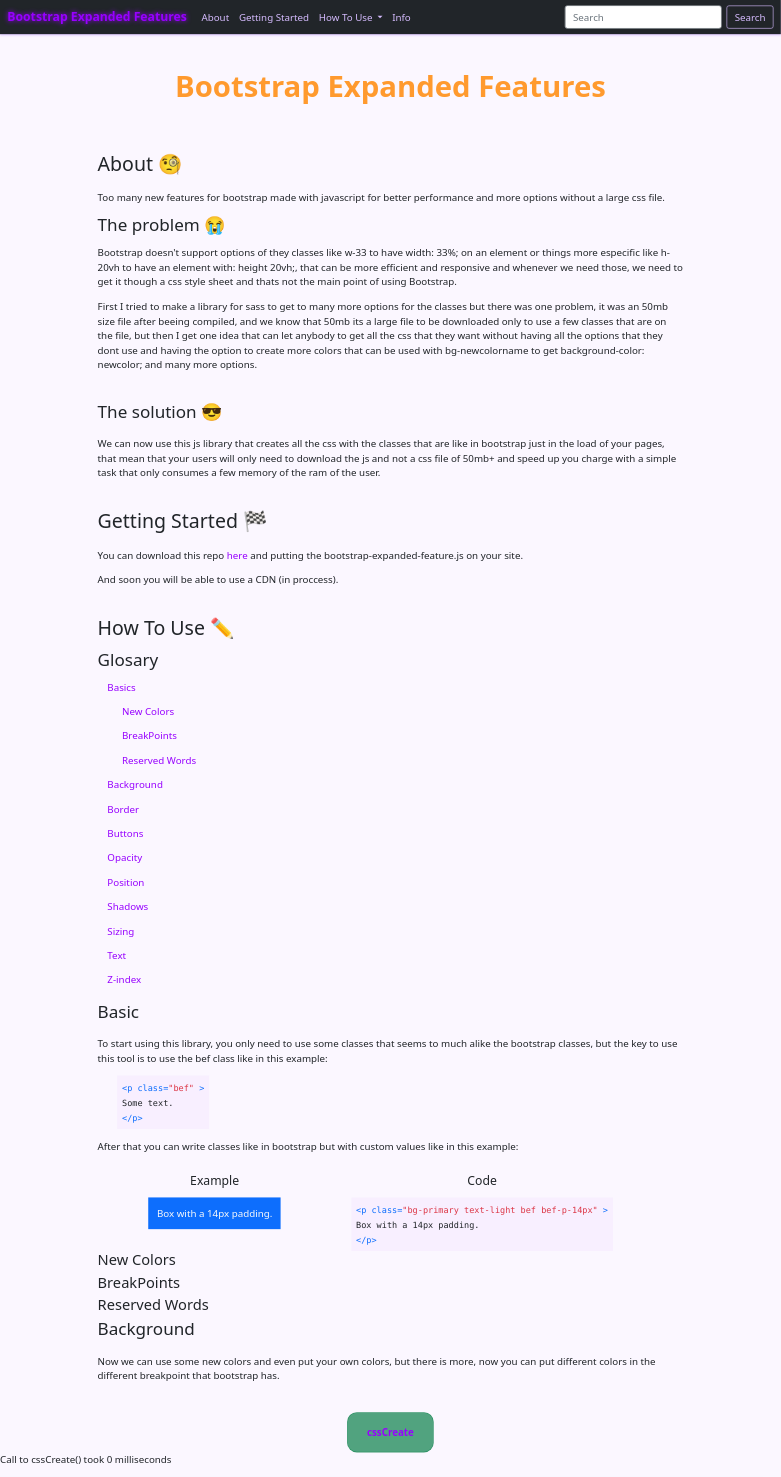
Repository: LynxPardelle/bootstrap-expanded-features
Page: index.html
These files come from the project's save history. The page is drawn as it stood at one moment and after the next save; the edit follows.
The browser window is 1280 px wide. The pictures show the whole page, at 61% of full size.

Above is the page before, as saved 2022-01-02 05:49:22.

After the next save:
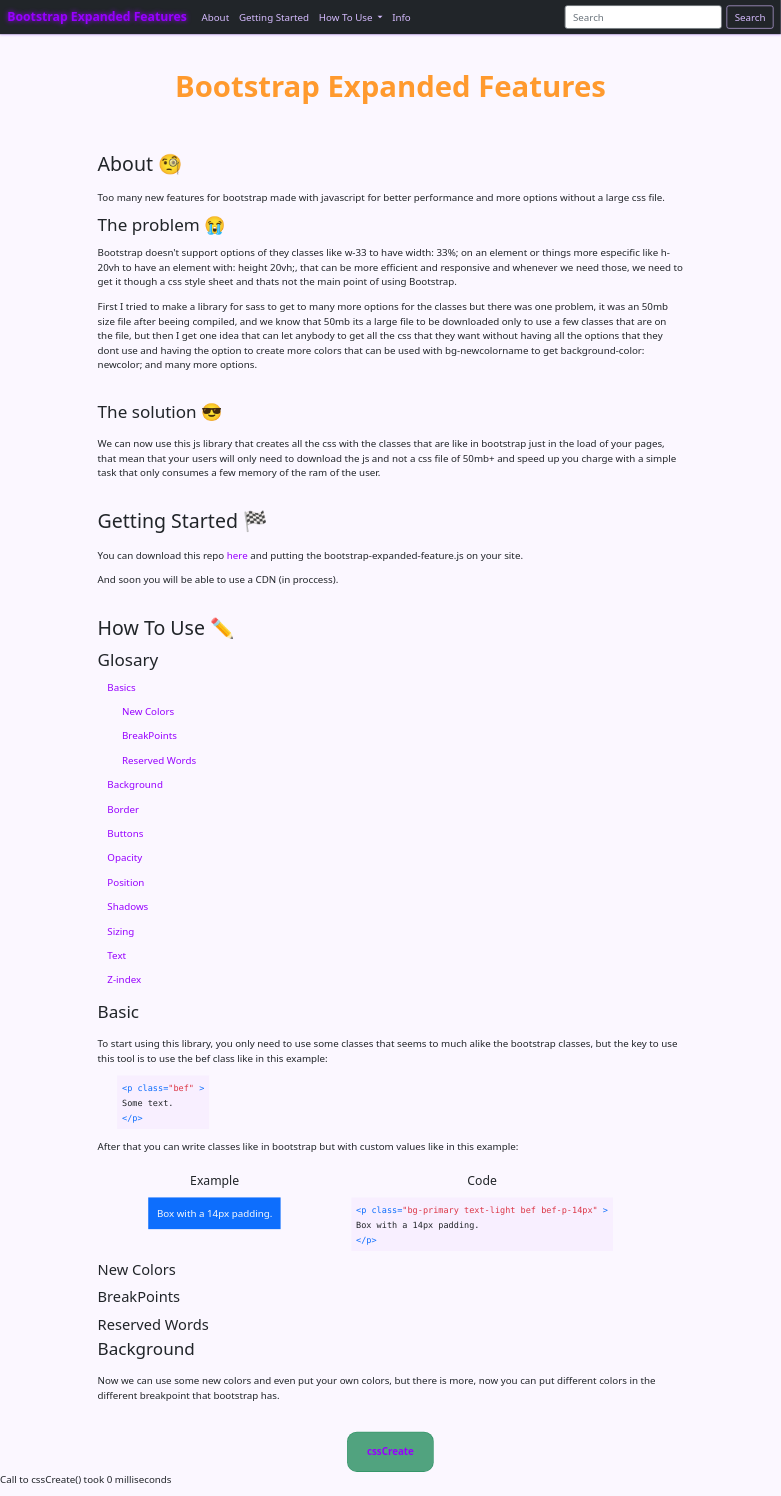
Saved 20 s later.
--- a/index.html
+++ b/index.html
@@ -314,13 +314,13 @@
             </div>
             <!-- NEWCOLORSBASICHTU -->
             <a id="newColorsBasicHTU"></a>
-            <h4>New Colors</h4>
+            <h4 class="mt-3">New Colors</h4>
             <!-- BREAKPOINTSBASICHTU -->
             <a id="bpsBasicHTU"></a>
-            <h4>BreakPoints</h4>
+            <h4 class="mt-3">BreakPoints</h4>
             <!-- RESERVEDWORDSBASICHTU -->
             <a id="reswordsBasicHTU"></a>
-            <h4>Reserved Words</h4>
+            <h4 class="mt-3">Reserved Words</h4>
           </article>
           <article>
             <a id="backgroundHTU"></a>
